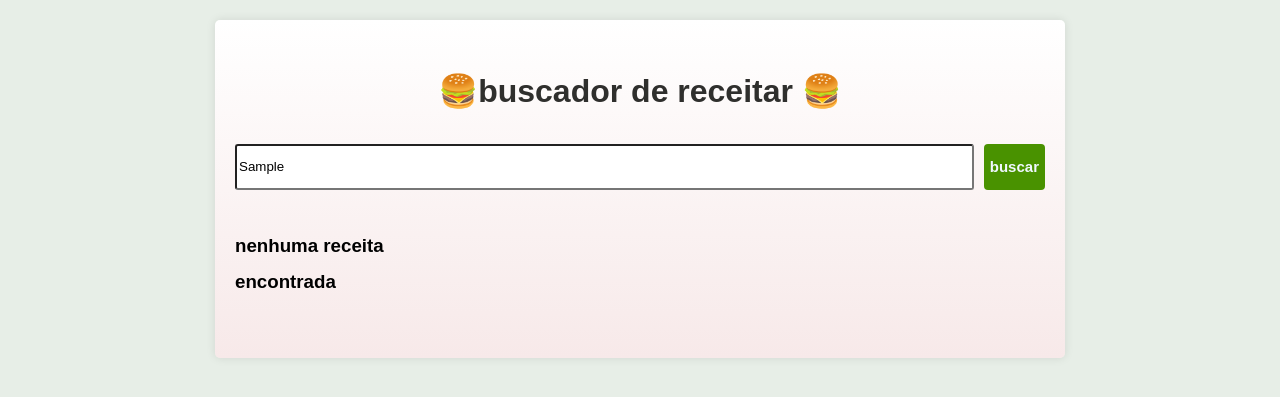
Repository: RoneT9/Receitas
Page: receita.html
An editor plug-in stored every save of this project. The page is shown before and after the next save, followed by the edit.
The browser window is 1280 px wide. The pictures show the whole page.
Empty fields were first filled with sample values (such as "Sample", 5 or name@example.com).
After loading, the first visible `form.search-form` was submitted once.
The page's requests for data from a server got no answer.

Above is the page before, as saved 2026-02-21 20:30:52.

After the next save:
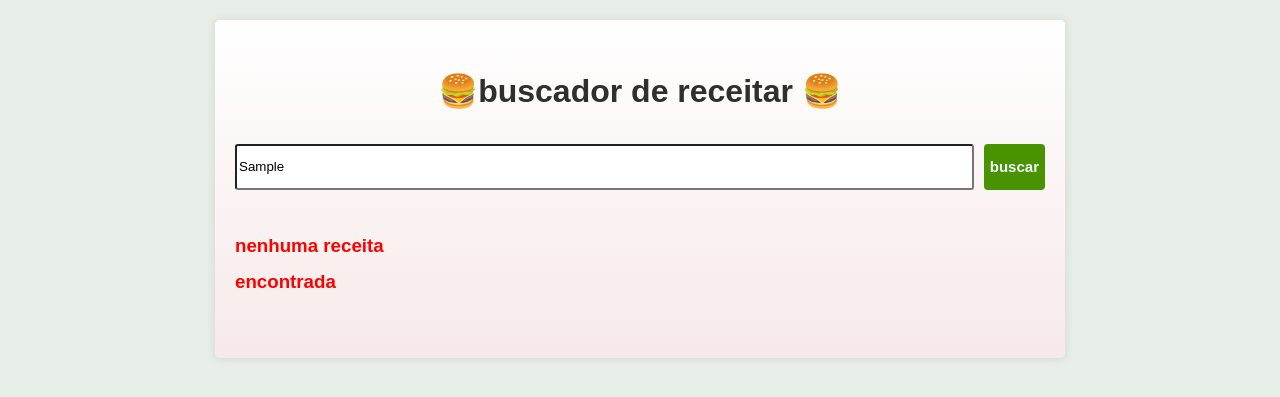
Saved 73 s later.
--- a/receita.js
+++ b/receita.js
@@ -24,7 +24,7 @@ async function seachRecipes(ingredient) {
     const data = await response.json();
     showRecipe(data.meals);
   } catch (error) {
-    recipelist.innerHTML = `<h3>nenhuma receita encontrada</h3>`;
+    recipelist.innerHTML = `<h3 style="color:red;">nenhuma receita encontrada</h3>`;
   }
 }
 
